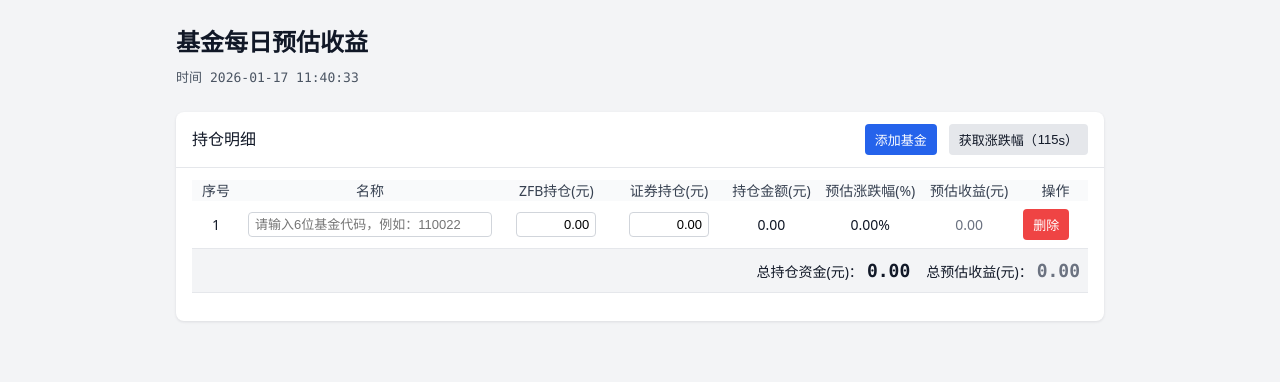
Repository: zt-boom/finance
Page: index.html
The author's editor kept a copy of each file at every save. The page is drawn from the files as they stood at one save, then again after the next save.
The browser window is 1280 px wide. The pictures show the whole page.

Above is the page before, as saved 2026-01-17 14:55:29.

### index.html
<!DOCTYPE html>
<html lang="zh-CN">
<head>
<meta charset="UTF-8">
<title>基金每日预估收益</title>
<meta name="viewport" content="width=device-width,initial-scale=1">
<link rel="stylesheet" href="./style.css">
</head>
<body>
<div class="app">
<header class="app-header">
<h1>基金每日预估收益</h1>
<div class="date-row">
<span>时间</span>
<span id="current-date"></span>
</div>
</header>
<main class="app-main">
<section class="card">
<div class="card-header">
<h2>持仓明细</h2>
<div class="card-header-actions">
<button id="add-fund-btn" class="primary-button">添加基金</button>
<button id="fetch-percent-btn" class="secondary-button">
获取涨跌幅（<span id="auto-refresh-countdown">120</span>s）
</button>
</div>
</div>
<div class="card-body">
<div class="table-wrapper">
<table class="fund-table">
<thead>
<tr>
<th class="index-col">序号</th>
<th>名称</th>
<th>ZFB持仓(元)</th>
<th>证券持仓(元)</th>
<th>持仓金额(元)</th>
<th>预估涨跌幅(%)</th>
<th>预估收益(元)</th>
<th>操作</th>
</tr>
</thead>
<tbody id="fund-table-body"></tbody>
<tfoot>
<tr class="summary-row">
<td colspan="8">
<div class="summary-items">
<div class="summary-left">
<span>总持仓资金(元)：<strong id="total-amount">0.00</strong></span>
<span>总预估收益(元)：<strong id="total-profit">0.00</strong></span>
</div>
</div>
</td>
</tr>
</tfoot>
</table>
</div>
</div>
</section>
</main>
</div>
<script src="./main.js"></script>
</body>
</html>

### style.css
* {
box-sizing: border-box;
margin: 0;
padding: 0;
}

body {
font-family: system-ui, -apple-system, BlinkMacSystemFont, "Segoe UI", sans-serif;
background-color: #f3f4f6;
color: #111827;
line-height: 1.5;
}

.app {
max-width: 960px;
margin: 0 auto;
padding: 24px 16px 40px;
}

.app-header {
display: flex;
flex-direction: column;
gap: 8px;
margin-bottom: 24px;
}

.app-header h1 {
font-size: 24px;
font-weight: 600;
color: #111827;
}

.date-row {
display: flex;
gap: 8px;
align-items: center;
font-size: 13px;
color: #4b5563;
}

.date-row span:last-child {
font-family: ui-monospace, SFMono-Regular, Menlo, Monaco, Consolas, "Liberation Mono", "Courier New", monospace;
font-variant-numeric: tabular-nums;
}

.app-main {
display: flex;
flex-direction: column;
gap: 16px;
}

.card {
background-color: #ffffff;
border-radius: 8px;
box-shadow: 0 1px 3px rgba(15, 23, 42, 0.1);
overflow: hidden;
}

.card-header {
display: flex;
justify-content: space-between;
align-items: center;
padding: 12px 16px;
border-bottom: 1px solid #e5e7eb;
}

.card-header h2 {
font-size: 16px;
font-weight: 500;
}

.card-header-actions {
display: flex;
align-items: center;
gap: 12px;
}

.card-body {
padding: 12px 16px 16px;
}

.table-wrapper {
overflow-x: auto;
margin-bottom: 12px;
}

.fund-table {
width: 100%;
border-collapse: collapse;
font-size: 14px;
}

.fund-table td {
border-bottom: 1px solid #e5e7eb;
padding: 8px;
text-align: left;
}

.fund-table th.index-col,
.fund-table td[data-role="row-index"] {
width: 48px;
text-align: center;
}

.fund-table td:nth-child(3),
.fund-table td:nth-child(4),
.fund-table td:nth-child(5),
.fund-table td:nth-child(6),
.fund-table td:nth-child(7) {
text-align: center;
white-space: nowrap;
}

.fund-table thead {
background-color: #f9fafb;
}

.fund-table th {
font-weight: 500;
color: #374151;
text-align: center;
}

.fund-table tbody tr:nth-child(even) {
background-color: #f9fafb;
}

.fund-table input {
width: 100%;
padding: 4px 6px;
font-size: 13px;
border-radius: 4px;
border: 1px solid #d1d5db;
outline: none;
text-align: right;
}

.fund-table input.narrow-number-input {
width: 80px;
margin: 0 auto;
}

.fund-table td:nth-child(2) input {
text-align: left;
}

.fund-table th:nth-child(2),
.fund-table td:nth-child(2) {
width: 260px;
}

.fund-table th:nth-child(8),
.fund-table td:nth-child(8) {
padding-left: 8px;
}

.fund-table input[type="number"]::-webkit-outer-spin-button,
.fund-table input[type="number"]::-webkit-inner-spin-button {
-webkit-appearance: none;
margin: 0;
}

.fund-table input[type="number"] {
-moz-appearance: textfield;
}

.fund-table input:focus {
border-color: #2563eb;
box-shadow: 0 0 0 1px rgba(37, 99, 235, 0.2);
}

.value-positive {
color: #ef4444;
}

.value-negative {
color: #10b981;
}

.value-zero {
color: #6b7280;
}

.summary-row td {
font-weight: 600;
color: #111827;
background-color: #f3f4f6;
}

.summary-items {
display: flex;
flex-wrap: wrap;
gap: 4px 16px;
justify-content: flex-end;
align-items: center;
}

#auto-refresh-countdown {
display: inline-block;
width: 3ch;
text-align: right;
}

.summary-items span {
font-weight: 500;
white-space: nowrap;
}

.summary-left {
display: flex;
flex-wrap: wrap;
gap: 4px 16px;
align-items: center;
}

.summary-items span strong {
font-size: 18px;
margin-left: 4px;
font-family: ui-monospace, SFMono-Regular, Menlo, Monaco, Consolas, "Liberation Mono", "Courier New", monospace;
}

#total-amount {
color: #111827;
}

.primary-button,
.secondary-button,
.danger-button {
border-radius: 4px;
border: none;
cursor: pointer;
font-size: 13px;
padding: 6px 10px;
display: inline-flex;
align-items: center;
justify-content: center;
}

.primary-button {
background-color: #2563eb;
color: #ffffff;
}

.primary-button:hover {
background-color: #1d4ed8;
}

.secondary-button {
background-color: #e5e7eb;
color: #111827;
}

.secondary-button:hover {
background-color: #d1d5db;
}

.danger-button {
background-color: #ef4444;
color: #ffffff;
}

.danger-button:hover {
background-color: #dc2626;
}

.actions-row {
display: none;
}

.instructions {
font-size: 13px;
color: #4b5563;
}

.instructions ol {
padding-left: 18px;
display: flex;
flex-direction: column;
gap: 4px;
}

@media (max-width: 640px) {
.app {
padding-inline: 12px;
}
.card-header {
flex-direction: column;
gap: 8px;
align-items: flex-start;
}
}

### main.js
const STORAGE_KEY = "fund_holdings_v1";

function formatCurrency(value) {
if (Number.isNaN(value)) return "0.00";
return value.toFixed(2);
}

function formatNumber(value) {
if (Number.isNaN(value)) return "";
return value.toFixed(2);
}

function getTodayDateString() {
const now = new Date();
const year = String(now.getFullYear());
const month = String(now.getMonth() + 1).padStart(2, "0");
const day = String(now.getDate()).padStart(2, "0");
const hours = String(now.getHours()).padStart(2, "0");
const minutes = String(now.getMinutes()).padStart(2, "0");
const seconds = String(now.getSeconds()).padStart(2, "0");
return `${year}-${month}-${day} ${hours}:${minutes}:${seconds}`;
}

const fundJsonpRequests = [];

function ensureJsonpHandler() {
if (window._fundJsonpInitialized) {
return;
}
window._fundJsonpInitialized = true;
window.jsonpgz = function (data) {
if (!data || !data.fundcode) {
return;
}
const code = data.fundcode;
while (true) {
let index = -1;
for (let i = 0; i < fundJsonpRequests.length; i += 1) {
if (fundJsonpRequests[i].code === code) {
index = i;
break;
}
}
if (index === -1) {
break;
}
const request = fundJsonpRequests.splice(index, 1)[0];
try {
const value = request.transform ? request.transform(data) : data;
request.resolve(value);
} catch (e) {
if (request.reject) {
if (e instanceof Error) {
request.reject(e);
} else {
request.reject(new Error("解析基金数据失败"));
}
}
}
}
};
}

function fetchFundEstimate(code) {
return new Promise((resolve, reject) => {
if (!code) {
reject(new Error("缺少基金代码"));
return;
}
ensureJsonpHandler();
fundJsonpRequests.push({
code,
resolve,
reject,
transform: data => {
const percent = parseFloat(data.gszzl);
if (Number.isNaN(percent)) {
throw new Error("无效的涨跌幅数据");
}
return percent;
}
});
const script = document.createElement("script");
script.src = `https://fundgz.1234567.com.cn/js/${code}.js?rt=${Date.now()}`;
script.onerror = () => {
for (let i = 0; i < fundJsonpRequests.length; i += 1) {
if (fundJsonpRequests[i].code === code) {
const request = fundJsonpRequests.splice(i, 1)[0];
request.reject(new Error("获取基金数据失败"));
break;
}
}
};
document.body.appendChild(script);
});
}

function fetchFundInfo(code) {
return new Promise((resolve, reject) => {
if (!code) {
reject(new Error("缺少基金代码"));
return;
}
ensureJsonpHandler();
fundJsonpRequests.push({
code,
resolve,
reject,
transform: data => data
});
const script = document.createElement("script");
script.src = `https://fundgz.1234567.com.cn/js/${code}.js?rt=${Date.now()}`;
script.onerror = () => {
for (let i = 0; i < fundJsonpRequests.length; i += 1) {
if (fundJsonpRequests[i].code === code) {
const request = fundJsonpRequests.splice(i, 1)[0];
request.reject(new Error("获取基金数据失败"));
break;
}
}
};
document.body.appendChild(script);
});
}

function parseFundCodeFromName(name) {
if (!name) return null;
const match = name.match(/(\d{6})/);
if (!match) {
return null;
}
return match[1];
}

function loadHoldingsFromStorage() {
try {
const raw = window.localStorage.getItem(STORAGE_KEY);
if (!raw) return [];
const parsed = JSON.parse(raw);
if (!Array.isArray(parsed)) return [];
return parsed;
} catch (e) {
return [];
}
}

function saveHoldingsToStorage(holdings) {
try {
const serialized = JSON.stringify(holdings);
window.localStorage.setItem(STORAGE_KEY, serialized);
} catch (e) {
}
}

function createTableRow(fund) {
const tr = document.createElement("tr");
const indexTd = document.createElement("td");
const nameTd = document.createElement("td");
const zfbAmountTd = document.createElement("td");
const stockAmountTd = document.createElement("td");
const amountTd = document.createElement("td");
const percentTd = document.createElement("td");
const profitTd = document.createElement("td");
const actionsTd = document.createElement("td");
const nameInput = document.createElement("input");
nameInput.type = "text";
nameInput.value = fund.name || "";
nameInput.placeholder = "请输入6位基金代码，例如：110022";
nameInput.addEventListener("change", handleStorageUpdate);
nameInput.addEventListener("keydown", event => {
if (event.key === "Enter") {
event.preventDefault();
const raw = nameInput.value.trim();
const code = parseFundCodeFromName(raw);
if (!code) {
window.alert("请先输入6位基金代码");
return;
}
const rows = document.querySelectorAll('tr[data-role="fund-row"]');
let duplicate = false;
rows.forEach(row => {
const inputs = row.querySelectorAll("input");
const otherNameInput = inputs[0];
if (!otherNameInput || otherNameInput === nameInput) {
return;
}
const otherCode = parseFundCodeFromName(otherNameInput.value.trim());
if (otherCode && otherCode === code) {
duplicate = true;
}
});
if (duplicate) {
window.alert("该基金代码已存在，请不要重复添加");
return;
}
nameInput.disabled = true;
fetchFundInfo(code).then(data => {
nameInput.disabled = false;
if (!data || !data.name) {
window.alert("未能获取基金名称，请检查基金代码");
return;
}
nameInput.value = `${code}  ${data.name}`;
handleStorageUpdate();
}).catch(() => {
nameInput.disabled = false;
window.alert("未能获取基金名称，请检查基金代码或网络连接");
});
}
});
const zfbInput = document.createElement("input");
zfbInput.type = "number";
zfbInput.step = "0.01";
zfbInput.min = "0";
zfbInput.value = fund.zfbAmount != null ? formatCurrency(Number(fund.zfbAmount)) : "0.00";
zfbInput.addEventListener("blur", () => {
const value = parseFloat(zfbInput.value);
const normalized = Number.isNaN(value) ? 0 : value;
zfbInput.value = formatCurrency(normalized);
});
zfbInput.addEventListener("input", () => {
calculateProfit();
});
zfbInput.addEventListener("change", () => {
handleStorageUpdate();
calculateProfit();
});
zfbInput.className = "narrow-number-input";
const stockInput = document.createElement("input");
stockInput.type = "number";
stockInput.step = "0.01";
stockInput.min = "0";
stockInput.value = fund.stockAmount != null ? formatCurrency(Number(fund.stockAmount)) : "0.00";
stockInput.addEventListener("blur", () => {
const value = parseFloat(stockInput.value);
const normalized = Number.isNaN(value) ? 0 : value;
stockInput.value = formatCurrency(normalized);
});
stockInput.addEventListener("input", () => {
calculateProfit();
});
stockInput.addEventListener("change", () => {
handleStorageUpdate();
calculateProfit();
});
stockInput.className = "narrow-number-input";
const amountSpan = document.createElement("span");
amountSpan.dataset.role = "amount-display";
amountSpan.textContent = "0.00";
const percentSpan = document.createElement("span");
percentSpan.textContent = "0.00%";
const profitSpan = document.createElement("span");
profitSpan.textContent = "0.00";
const deleteButton = document.createElement("button");
deleteButton.textContent = "删除";
deleteButton.className = "danger-button";
deleteButton.addEventListener("click", () => {
const inputs = tr.querySelectorAll("input");
const nameValue = inputs[0] ? inputs[0].value.trim() : "";
const zfbValue = inputs[1] ? inputs[1].value.trim() : "";
const stockValue = inputs[2] ? inputs[2].value.trim() : "";
const isEmptyRow = !nameValue && !zfbValue && !stockValue;
if (!isEmptyRow) {
const confirmed = window.confirm("确定要删除这条持仓记录吗？");
if (!confirmed) {
return;
}
}
tr.remove();
handleStorageUpdate();
calculateProfit();
updateRowIndices();
});
indexTd.dataset.role = "row-index";
percentTd.dataset.role = "percent-cell";
profitTd.dataset.role = "profit-cell";
nameTd.appendChild(nameInput);
zfbAmountTd.appendChild(zfbInput);
stockAmountTd.appendChild(stockInput);
amountTd.appendChild(amountSpan);
percentTd.appendChild(percentSpan);
profitTd.appendChild(profitSpan);
actionsTd.appendChild(deleteButton);
tr.appendChild(indexTd);
tr.appendChild(nameTd);
tr.appendChild(zfbAmountTd);
tr.appendChild(stockAmountTd);
tr.appendChild(amountTd);
tr.appendChild(percentTd);
tr.appendChild(profitTd);
tr.appendChild(actionsTd);
tr.dataset.role = "fund-row";
return tr;
}

function readHoldingsFromTable() {
const rows = document.querySelectorAll('tr[data-role="fund-row"]');
const holdings = [];
rows.forEach(row => {
const inputs = row.querySelectorAll("input");
const nameInput = inputs[0];
const zfbInput = inputs[1];
const stockInput = inputs[2];
const name = nameInput.value.trim();
const zfbAmount = parseFloat(zfbInput.value);
const stockAmount = parseFloat(stockInput.value);
const hasZfb = !Number.isNaN(zfbAmount) && zfbAmount > 0;
const hasStock = !Number.isNaN(stockAmount) && stockAmount > 0;
if (!name && !hasZfb && !hasStock) {
return;
}
holdings.push({
name,
zfbAmount: hasZfb ? zfbAmount : 0,
stockAmount: hasStock ? stockAmount : 0
});
});
return holdings;
}

function handleStorageUpdate() {
const holdings = readHoldingsFromTable();
saveHoldingsToStorage(holdings);
}

function populateTableFromStorage() {
const tbody = document.getElementById("fund-table-body");
tbody.innerHTML = "";
const holdings = loadHoldingsFromStorage();
if (holdings.length === 0) {
const row = createTableRow({ name: "", zfbAmount: null, stockAmount: null });
tbody.appendChild(row);
updateRowIndices();
calculateProfit();
return;
}
holdings.forEach(fund => {
const row = createTableRow({
name: fund.name || "",
zfbAmount: fund.zfbAmount != null ? fund.zfbAmount : null,
stockAmount: fund.stockAmount != null ? fund.stockAmount : null
});
tbody.appendChild(row);
});
updateRowIndices();
calculateProfit();
}

function calculateProfit() {
const rows = document.querySelectorAll('tr[data-role="fund-row"]');
let totalProfit = 0;
let totalHoldingAmount = 0;
rows.forEach(row => {
const inputs = row.querySelectorAll("input");
const zfbInput = inputs[1];
const stockInput = inputs[2];
const amountSpan = row.querySelector('span[data-role="amount-display"]');
const percentCell = row.querySelector('td[data-role="percent-cell"] span');
const profitCell = row.querySelector('td[data-role="profit-cell"] span');
const zfbAmount = zfbInput ? parseFloat(zfbInput.value) : NaN;
const stockAmount = stockInput ? parseFloat(stockInput.value) : NaN;
const normalizedZfb = Number.isNaN(zfbAmount) ? 0 : zfbAmount;
const normalizedStock = Number.isNaN(stockAmount) ? 0 : stockAmount;
const amount = normalizedZfb + normalizedStock;
const percent = percentCell ? parseFloat(percentCell.textContent) : NaN;
if (amountSpan) {
amountSpan.textContent = formatCurrency(amount);
}
if (amount > 0) {
totalHoldingAmount += amount;
}
if (!profitCell) {
return;
}
if (amount <= 0 || Number.isNaN(percent)) {
profitCell.textContent = "0.00";
applyProfitColor(profitCell, 0);
return;
}
const profit = amount * percent / 100;
totalProfit += profit;
profitCell.textContent = formatCurrency(profit);
applyProfitColor(profitCell, profit);
});
const totalAmountElement = document.getElementById("total-amount");
if (totalAmountElement) {
totalAmountElement.textContent = formatCurrency(totalHoldingAmount);
}
const totalProfitElement = document.getElementById("total-profit");
totalProfitElement.textContent = formatCurrency(totalProfit);
applyProfitColor(totalProfitElement, totalProfit);
}

function autoFetchPercentages(options) {
const useButton = !options || options.useButton !== false;
const showAlert = !options || options.showAlert !== false;
const rows = document.querySelectorAll('tr[data-role="fund-row"]');
const promises = [];
rows.forEach(row => {
const inputs = row.querySelectorAll("input");
const nameInput = inputs[0];
const name = nameInput ? nameInput.value.trim() : "";
const code = parseFundCodeFromName(name);
if (!code) {
return;
}
const percentCell = row.querySelector('td[data-role="percent-cell"] span');
if (!percentCell) {
return;
}
const promise = fetchFundEstimate(code).then(percent => {
const value = formatNumber(percent);
percentCell.textContent = `${value}%`;
return true;
}).catch(() => false);
promises.push(promise);
});
if (promises.length === 0) {
if (showAlert) {
window.alert("请先在名称中输入包含6位基金代码的内容");
}
return;
}
const fetchButton = useButton ? document.getElementById("fetch-percent-btn") : null;
if (fetchButton) {
fetchButton.disabled = true;
}
Promise.all(promises).then(results => {
const successCount = results.filter(Boolean).length;
if (fetchButton) {
fetchButton.disabled = false;
}
if (successCount === 0) {
if (showAlert) {
window.alert("未能获取任何基金的预估涨跌幅，请检查基金代码或网络连接");
}
return;
}
calculateProfit();
});
}

function applyProfitColor(element, value) {
if (!element) {
return;
}
element.classList.remove("value-positive", "value-negative", "value-zero");
if (Number.isNaN(value)) {
return;
}
if (value > 0) {
element.classList.add("value-positive");
} else if (value < 0) {
element.classList.add("value-negative");
} else {
element.classList.add("value-zero");
}
}

function initApp() {
const dateElement = document.getElementById("current-date");
if (dateElement) {
dateElement.textContent = getTodayDateString();
}
populateTableFromStorage();
const addFundButton = document.getElementById("add-fund-btn");
const fetchPercentButton = document.getElementById("fetch-percent-btn");
const countdownElement = document.getElementById("auto-refresh-countdown");
const autoRefreshSeconds = 120;
let remainingSeconds = autoRefreshSeconds;
function updateCountdown() {
if (countdownElement) {
countdownElement.textContent = String(remainingSeconds);
}
}
function resetCountdown() {
remainingSeconds = autoRefreshSeconds;
updateCountdown();
}
updateCountdown();
if (addFundButton) {
addFundButton.addEventListener("click", () => {
const tbody = document.getElementById("fund-table-body");
const row = createTableRow({ name: "", amount: null });
tbody.appendChild(row);
updateRowIndices();
});
}
if (fetchPercentButton) {
fetchPercentButton.addEventListener("click", () => {
autoFetchPercentages({ useButton: true, showAlert: true });
resetCountdown();
});
}
if (dateElement) {
setInterval(() => {
dateElement.textContent = getTodayDateString();
}, 1000);
}
setInterval(() => {
remainingSeconds -= 1;
if (remainingSeconds <= 0) {
autoFetchPercentages({ useButton: false, showAlert: false });
remainingSeconds = autoRefreshSeconds;
}
updateCountdown();
}, 1000);
}

function updateRowIndices() {
const rows = document.querySelectorAll('tr[data-role="fund-row"]');
rows.forEach((row, index) => {
const indexCell = row.querySelector('td[data-role="row-index"]');
if (indexCell) {
indexCell.textContent = String(index + 1);
}
});
}

if (document.readyState === "loading") {
document.addEventListener("DOMContentLoaded", initApp);
} else {
initApp();
}

After the next save:
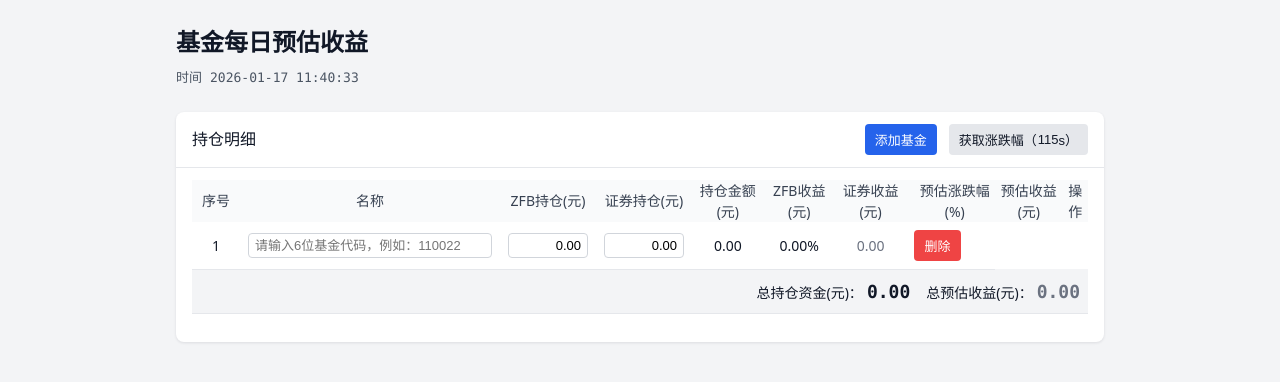
Saved 3 min 2 s later.
--- a/index.html
+++ b/index.html
@@ -36,6 +36,8 @@
 <th>ZFB持仓(元)</th>
 <th>证券持仓(元)</th>
 <th>持仓金额(元)</th>
+<th>ZFB收益(元)</th>
+<th>证券收益(元)</th>
 <th>预估涨跌幅(%)</th>
 <th>预估收益(元)</th>
 <th>操作</th>
@@ -44,7 +46,7 @@
 <tbody id="fund-table-body"></tbody>
 <tfoot>
 <tr class="summary-row">
-<td colspan="8">
+<td colspan="10">
 <div class="summary-items">
 <div class="summary-left">
 <span>总持仓资金(元)：<strong id="total-amount">0.00</strong></span>
